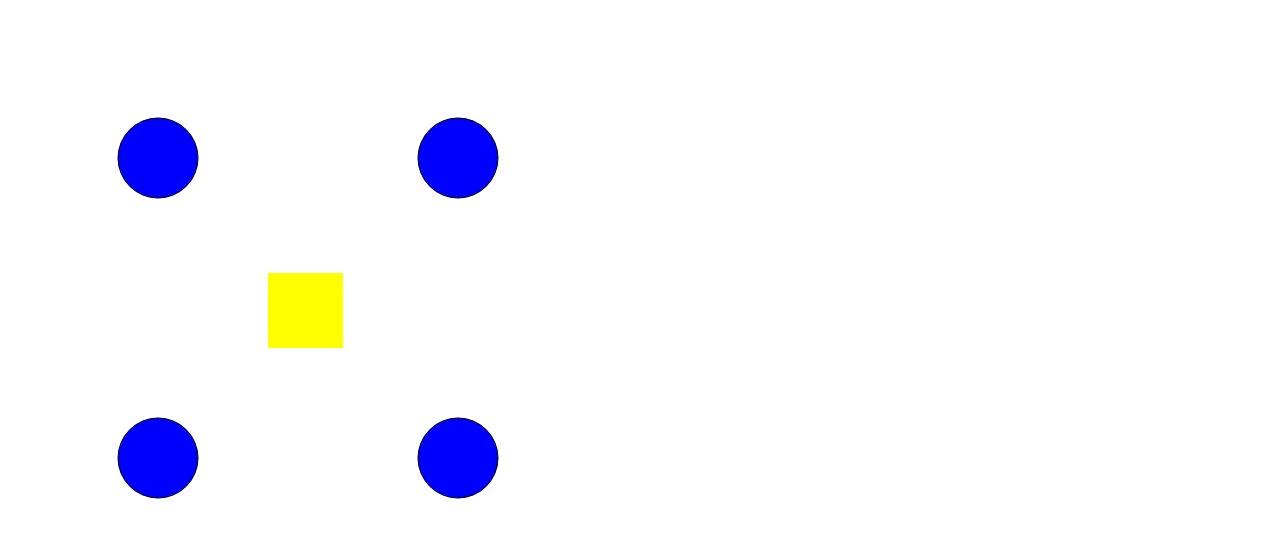
Repository: facio313/Python
Page: HELLO_PYTHON/day17/templates/canvas.html
An editor plug-in stored every save of this project. The page is shown before and after the next save, followed by the edit.
The browser window is 1280 px wide. The pictures show the whole page.

Above is the page before, as saved 2022-12-15 10:47:57.

### HELLO_PYTHON/day17/templates/canvas.html
<!DOCTYPE html>
<html>
<head>
<meta charset="UTF-8">
<title>Insert title here</title>
</head>
<body onload="loader()">
<script>
function loader(){
	var canvas = document.getElementById( "canvas" );   // canvas 객체
	var ctx = canvas.getContext( "2d" );      // 2d canvas 획득

	ctx.beginPath();
	ctx.arc(150, 150, 40, 0, Math.PI*2, false );
	ctx.fillStyle = "blue";
	ctx.fill();
	ctx.stroke();

	ctx.beginPath();
	ctx.arc(450, 150, 40, 0, Math.PI*2, false );
	ctx.fillStyle = "blue";
	ctx.fill();
	ctx.stroke();

	ctx.beginPath();
	ctx.arc(450, 450, 40, 0, Math.PI*2, false );
	ctx.fillStyle = "blue";
	ctx.fill();
	ctx.stroke();

	ctx.beginPath();
	ctx.arc(150, 450, 40, 0, Math.PI*2, false );
	ctx.fillStyle = "blue";
	ctx.fill();
	ctx.stroke();

	ctx.fillStyle = "rgba(255, 255, 0, 1)";
	ctx.fillRect (260, 265, 75, 75);
}
</script>

 <canvas id="canvas" width="600" height="500"/>

</body>
</html>

After the next save:
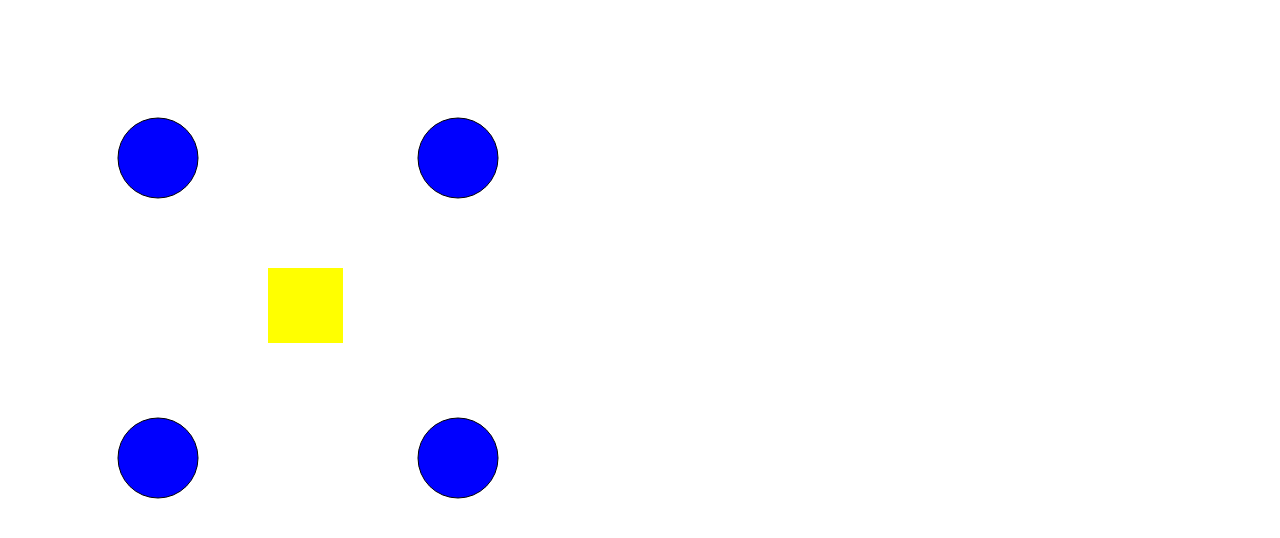
Saved 2 s later.
--- a/HELLO_PYTHON/day17/templates/canvas.html
+++ b/HELLO_PYTHON/day17/templates/canvas.html
@@ -35,7 +35,7 @@ function loader(){
 	ctx.stroke();
 
 	ctx.fillStyle = "rgba(255, 255, 0, 1)";
-	ctx.fillRect (260, 265, 75, 75);
+	ctx.fillRect (260, 260, 75, 75);
 }
 </script>
 
